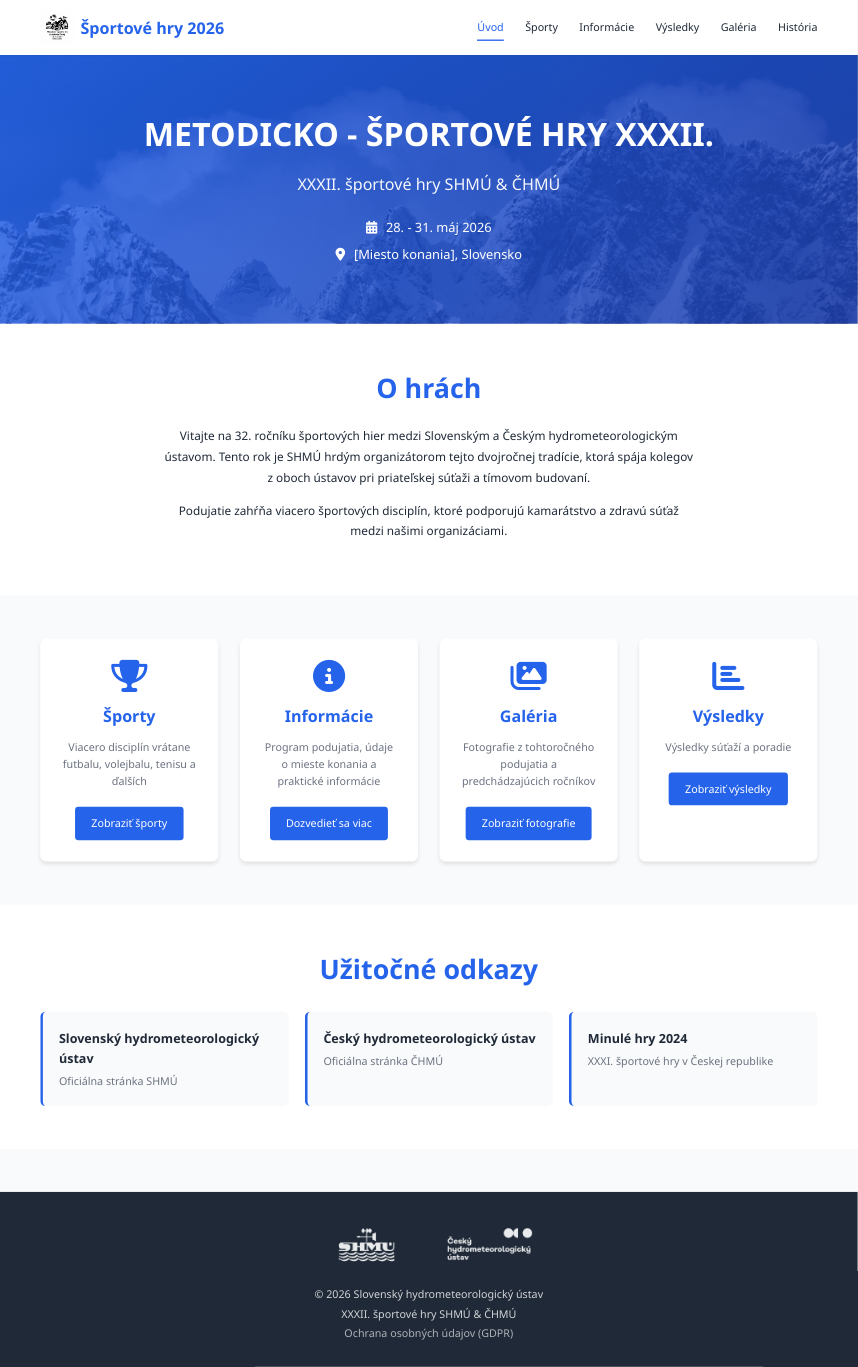
Repository: samiljimari/SHMU-web
Page: index.html
An editor plug-in stored every save of this project. The page is shown before and after the next save, followed by the edit.
The browser window is 1280 px wide. The pictures show the whole page, at 67% of full size.

Above is the page before, as saved 2026-01-14 13:47:29.

### index.html
<!DOCTYPE html>
<html lang="sk">
<head>
    <meta charset="UTF-8">
    <meta name="viewport" content="width=device-width, initial-scale=1.0">
    <title>Športové hry SHMÚ 2026</title>
    <link rel="stylesheet" href="https://cdnjs.cloudflare.com/ajax/libs/font-awesome/6.5.1/css/all.min.css">
    <link rel="stylesheet" href="css/style.css">
</head>
<body>
    <header>
        <nav class="navbar">
            <div class="container">
                <div class="logo">
                    <img src="site_logo.png" alt="Logo" class="site-logo">
                    <h1>Športové hry 2026</h1>
                </div>
                <ul class="nav-menu">
                    <li><a href="index.html" class="active">Úvod</a></li>
                    <li><a href="sports.html">Športy</a></li>
                    <li><a href="info.html">Informácie</a></li>
                    <li><a href="results.html">Výsledky</a></li>
                    <li><a href="gallery.html">Galéria</a></li>
                    <li><a href="history.html">História</a></li>
                </ul>
                <div class="hamburger">
                    <span></span>
                    <span></span>
                    <span></span>
                </div>
            </div>
        </nav>
    </header>

    <main>
        <section class="hero">
            <div class="hero-content">
                <h2>METODICKO - ŠPORTOVÉ HRY XXXII.</h2>
                <p class="hero-subtitle">XXXII. športové hry SHMÚ & ČHMÚ</p>
                <p class="hero-date"><i class="fas fa-calendar-alt"></i> 28. - 31. máj 2026</p>
                <p class="hero-location"><i class="fas fa-map-marker-alt"></i> [Miesto konania], Slovensko</p>
            </div>
        </section>

        <section class="about">
            <div class="container">
                <h2>O hrách</h2>
                <p>
                    Vitajte na 32. ročníku športových hier medzi Slovenským a Českým
                    hydrometeorologickým ústavom. Tento rok je SHMÚ hrdým organizátorom
                    tejto dvojročnej tradície, ktorá spája kolegov z oboch ústavov
                    pri priateľskej súťaži a tímovom budovaní.
                </p>
                <p>
                    Podujatie zahŕňa viacero športových disciplín, ktoré podporujú kamarátstvo a
                    zdravú súťaž medzi našimi organizáciami.
                </p>
            </div>
        </section>

        <section class="info-grid">
            <div class="container">
                <div class="grid">
                    <div class="card">
                        <div class="card-icon"><i class="fas fa-trophy"></i></div>
                        <h3>Športy</h3>
                        <p>Viacero disciplín vrátane futbalu, volejbalu, tenisu a ďalších</p>
                        <a href="sports.html" class="btn">Zobraziť športy</a>
                    </div>
                    <div class="card">
                        <div class="card-icon"><i class="fas fa-info-circle"></i></div>
                        <h3>Informácie</h3>
                        <p>Program podujatia, údaje o mieste konania a praktické informácie</p>
                        <a href="info.html" class="btn">Dozvedieť sa viac</a>
                    </div>
                    <div class="card">
                        <div class="card-icon"><i class="fas fa-images"></i></div>
                        <h3>Galéria</h3>
                        <p>Fotografie z tohtoročného podujatia a predchádzajúcich ročníkov</p>
                        <a href="gallery.html" class="btn">Zobraziť fotografie</a>
                    </div>
                    <div class="card">
                        <div class="card-icon"><i class="fas fa-chart-bar"></i></div>
                        <h3>Výsledky</h3>
                        <p>Výsledky súťaží a poradie</p>
                        <a href="results.html" class="btn">Zobraziť výsledky</a>
                    </div>
                </div>
            </div>
        </section>

        <section class="useful-links">
            <div class="container">
                <h2>Užitočné odkazy</h2>
                <div class="links-grid">
                    <a href="https://www.shmu.sk/" target="_blank" class="link-card">
                        <h3>Slovenský hydrometeorologický ústav</h3>
                        <p>Oficiálna stránka SHMÚ</p>
                    </a>
                    <a href="http://www.chmi.cz/" target="_blank" class="link-card">
                        <h3>Český hydrometeorologický ústav</h3>
                        <p>Oficiálna stránka ČHMÚ</p>
                    </a>
                    <a href="https://info.chmi.cz/akce/sportovniHry/index.php" target="_blank" class="link-card">
                        <h3>Minulé hry 2024</h3>
                        <p>XXXI. športové hry v Českej republike</p>
                    </a>
                </div>
            </div>
        </section>
    </main>

    <footer>
        <div class="container">
            <div class="footer-logos">
                <img src="logoSHMI_white.png" alt="SHMÚ Logo">
                <img src="logoCHMI_white.png" alt="ČHMÚ Logo">
            </div>
            <p>&copy; 2026 Slovenský hydrometeorologický ústav</p>
            <p>XXXII. športové hry SHMÚ & ČHMÚ</p>
            <p><a href="gdpr.html" style="color: rgba(255,255,255,0.8); text-decoration: none;">Ochrana osobných údajov (GDPR)</a></p>
        </div>
    </footer>

    <script src="js/script.js"></script>
</body>
</html>

### css/style.css
/* Reset and Base Styles */
* {
    margin: 0;
    padding: 0;
    box-sizing: border-box;
}

:root {
    --primary-color: #2563eb;
    --secondary-color: #1e40af;
    --accent-color: #3b82f6;
    --text-dark: #1f2937;
    --text-light: #6b7280;
    --bg-light: #f9fafb;
    --bg-white: #ffffff;
    --border-color: #e5e7eb;
    --success-color: #10b981;
    --warning-color: #f59e0b;
    --danger-color: #ef4444;
}

body {
    font-family: 'Segoe UI', Tahoma, Geneva, Verdana, sans-serif;
    line-height: 1.6;
    color: var(--text-dark);
    background-color: var(--bg-light);
}

.container {
    max-width: 1200px;
    margin: 0 auto;
    padding: 0 20px;
}

/* Navigation */
.navbar {
    background-color: var(--bg-white);
    box-shadow: 0 2px 4px rgba(0, 0, 0, 0.1);
    position: sticky;
    top: 0;
    z-index: 1000;
}

.navbar .container {
    display: flex;
    justify-content: space-between;
    align-items: center;
    padding: 1rem 20px;
}

.logo {
    display: flex;
    align-items: center;
    gap: 10px;
}

.site-logo {
    height: 50px;
    width: auto;
    object-fit: contain;
}

.logo h1 {
    font-size: 1.5rem;
    color: var(--primary-color);
    font-weight: 700;
}

.nav-menu {
    display: flex;
    list-style: none;
    gap: 2rem;
}

.nav-menu a {
    text-decoration: none;
    color: var(--text-dark);
    font-weight: 500;
    transition: color 0.3s;
    padding: 0.5rem 0;
}

.nav-menu a:hover,
.nav-menu a.active {
    color: var(--primary-color);
    border-bottom: 2px solid var(--primary-color);
}

.hamburger {
    display: none;
    flex-direction: column;
    cursor: pointer;
    gap: 4px;
}

.hamburger span {
    width: 25px;
    height: 3px;
    background-color: var(--text-dark);
    transition: 0.3s;
}

/* Hero Section */
.hero {
    background-image: linear-gradient(135deg, rgba(37, 99, 235, 0.85) 0%, rgba(30, 64, 175, 0.85) 100%), url('../tatry.jpg');
    background-size: cover;
    background-position: center top;
    background-repeat: no-repeat;
    color: white;
    padding: 5rem 2rem;
    text-align: center;
    position: relative;
    min-height: 400px;
}

.hero-content h2 {
    font-size: 3rem;
    margin-bottom: 1rem;
    font-weight: 700;
}

.hero-subtitle {
    font-size: 1.5rem;
    margin-bottom: 2rem;
    opacity: 0.95;
}

.hero-date,
.hero-location {
    font-size: 1.2rem;
    margin: 0.5rem 0;
}

.hero-date i,
.hero-location i {
    margin-right: 0.5rem;
}

/* About Section */
.about {
    padding: 4rem 2rem;
    background-color: var(--bg-white);
}

.about h2 {
    font-size: 2.5rem;
    margin-bottom: 1.5rem;
    color: var(--primary-color);
    text-align: center;
}

.about p {
    font-size: 1.1rem;
    line-height: 1.8;
    margin-bottom: 1rem;
    text-align: center;
    max-width: 800px;
    margin-left: auto;
    margin-right: auto;
}

/* Info Grid Section */
.info-grid {
    padding: 4rem 2rem;
    background-color: var(--bg-light);
}

.grid {
    display: grid;
    grid-template-columns: repeat(auto-fit, minmax(250px, 1fr));
    gap: 2rem;
}

.card {
    background-color: var(--bg-white);
    padding: 2rem;
    border-radius: 10px;
    box-shadow: 0 4px 6px rgba(0, 0, 0, 0.1);
    text-align: center;
    transition: transform 0.3s, box-shadow 0.3s;
}

.card:hover {
    transform: translateY(-5px);
    box-shadow: 0 8px 12px rgba(0, 0, 0, 0.15);
}

.card-icon {
    font-size: 3rem;
    margin-bottom: 1rem;
    color: var(--primary-color);
}

.card-icon i {
    display: block;
}

.card h3 {
    font-size: 1.5rem;
    margin-bottom: 1rem;
    color: var(--primary-color);
}

.card p {
    margin-bottom: 1.5rem;
    color: var(--text-light);
}

.btn {
    display: inline-block;
    padding: 0.75rem 1.5rem;
    background-color: var(--primary-color);
    color: white;
    text-decoration: none;
    border-radius: 5px;
    transition: background-color 0.3s;
    font-weight: 500;
}

.btn:hover {
    background-color: var(--secondary-color);
}

/* Useful Links Section */
.useful-links {
    padding: 4rem 2rem;
    background-color: var(--bg-white);
}

.useful-links h2 {
    font-size: 2.5rem;
    margin-bottom: 2rem;
    color: var(--primary-color);
    text-align: center;
}

.links-grid {
    display: grid;
    grid-template-columns: repeat(auto-fit, minmax(300px, 1fr));
    gap: 1.5rem;
}

.link-card {
    background-color: var(--bg-light);
    padding: 1.5rem;
    border-radius: 8px;
    text-decoration: none;
    color: var(--text-dark);
    border-left: 4px solid var(--primary-color);
    transition: all 0.3s;
}

.link-card:hover {
    background-color: var(--primary-color);
    color: white;
    transform: translateX(5px);
}

.link-card h3 {
    margin-bottom: 0.5rem;
}

.link-card p {
    color: var(--text-light);
}

.link-card:hover p {
    color: rgba(255, 255, 255, 0.9);
}

/* Page Header */
.page-header {
    background: linear-gradient(135deg, var(--primary-color) 0%, var(--secondary-color) 100%);
    color: white;
    padding: 3rem 2rem;
    text-align: center;
}

.page-header h1 {
    font-size: 2.5rem;
    margin-bottom: 0.5rem;
}

.page-header p {
    font-size: 1.2rem;
    opacity: 0.95;
}

/* Sports Section */
.sports-list {
    padding: 4rem 2rem;
}

.sports-grid {
    display: grid;
    grid-template-columns: repeat(auto-fit, minmax(280px, 1fr));
    gap: 2rem;
    margin-bottom: 3rem;
}

.sport-card {
    background-color: var(--bg-white);
    padding: 2rem;
    border-radius: 10px;
    box-shadow: 0 4px 6px rgba(0, 0, 0, 0.1);
    transition: transform 0.3s;
}

.sport-card:hover {
    transform: translateY(-5px);
}

.sport-icon {
    font-size: 3rem;
    margin-bottom: 1rem;
    text-align: center;
    color: var(--primary-color);
}

.sport-icon i {
    display: block;
}

.sport-card h3 {
    font-size: 1.5rem;
    margin-bottom: 0.5rem;
    color: var(--primary-color);
}

.sport-card p {
    color: var(--text-light);
    margin-bottom: 1rem;
}

.sport-card ul {
    list-style: none;
    padding-left: 0;
}

.sport-card ul li {
    padding: 0.25rem 0;
    color: var(--text-dark);
}

.sport-card ul li:before {
    content: "✓ ";
    color: var(--success-color);
    font-weight: bold;
}

.info-box {
    background-color: var(--bg-white);
    padding: 2rem;
    border-radius: 10px;
    border-left: 4px solid var(--warning-color);
    box-shadow: 0 4px 6px rgba(0, 0, 0, 0.1);
}

.info-box h3 {
    color: var(--primary-color);
    margin-bottom: 1rem;
}

.info-box ul {
    list-style: none;
    padding-left: 0;
}

.info-box ul li {
    padding: 0.5rem 0;
}

/* Information Page */
.info-content {
    padding: 4rem 2rem;
}

.info-section {
    background-color: var(--bg-white);
    padding: 2rem;
    margin-bottom: 2rem;
    border-radius: 10px;
    box-shadow: 0 4px 6px rgba(0, 0, 0, 0.1);
}

.info-section h2 {
    color: var(--primary-color);
    margin-bottom: 1.5rem;
    font-size: 2rem;
}

.info-section h2 i {
    margin-right: 0.5rem;
}

.info-section h3 {
    color: var(--secondary-color);
    margin-top: 1.5rem;
    margin-bottom: 1rem;
}

.info-section h4 {
    color: var(--text-dark);
    margin-top: 1rem;
    margin-bottom: 0.5rem;
}

.info-section ul {
    margin-left: 1.5rem;
    margin-top: 0.5rem;
}

.info-section li {
    margin-bottom: 0.5rem;
}

.schedule-table {
    margin-top: 1rem;
}

.schedule-table h3 {
    background-color: var(--bg-light);
    padding: 0.75rem 1rem;
    margin-top: 1.5rem;
    border-left: 4px solid var(--primary-color);
}

.schedule-table table {
    width: 100%;
    border-collapse: collapse;
    margin-top: 1rem;
}

.schedule-table table tr {
    border-bottom: 1px solid var(--border-color);
}

.schedule-table table td {
    padding: 1rem;
}

.schedule-table table td:first-child {
    font-weight: 600;
    color: var(--primary-color);
    width: 150px;
}

.venue-info,
.accommodation-info,
.transport-info,
.registration-info,
.meals-info {
    margin-top: 1rem;
}

.hotel-list {
    display: grid;
    grid-template-columns: repeat(auto-fit, minmax(250px, 1fr));
    gap: 1rem;
    margin-top: 1rem;
}

.hotel-card {
    background-color: var(--bg-light);
    padding: 1rem;
    border-radius: 5px;
}

.hotel-card h4 {
    color: var(--primary-color);
    margin-bottom: 0.5rem;
}

.contact-box {
    background: linear-gradient(135deg, var(--primary-color) 0%, var(--secondary-color) 100%);
    color: white;
}

.contact-box h2 {
    color: white;
}

.contact-box a {
    color: white;
    text-decoration: underline;
}

/* Results Page */
.results-content {
    padding: 4rem 2rem;
}

.overall-standings,
.sport-results {
    background-color: var(--bg-white);
    padding: 2rem;
    margin-bottom: 2rem;
    border-radius: 10px;
    box-shadow: 0 4px 6px rgba(0, 0, 0, 0.1);
}

.results-table {
    width: 100%;
    border-collapse: collapse;
    margin-top: 1rem;
}

.results-table thead {
    background-color: var(--primary-color);
    color: white;
}

.results-table th,
.results-table td {
    padding: 1rem;
    text-align: left;
    border-bottom: 1px solid var(--border-color);
}

.results-table tbody tr:hover {
    background-color: var(--bg-light);
}

.medal-gold {
    color: #FFD700;
    font-weight: bold;
}

.medal-silver {
    color: #C0C0C0;
    font-weight: bold;
}

.medal-bronze {
    color: #CD7F32;
    font-weight: bold;
}

.results-note {
    margin-top: 1rem;
    color: var(--text-light);
    font-style: italic;
}

.result-box {
    margin-top: 1rem;
    padding: 1.5rem;
    background-color: var(--bg-light);
    border-radius: 8px;
}

.result-box h3 {
    color: var(--secondary-color);
    margin-bottom: 1rem;
}

.score-display {
    display: flex;
    justify-content: center;
    align-items: center;
    gap: 2rem;
    font-size: 1.5rem;
    margin: 1rem 0;
}

.score-display .team {
    font-weight: 600;
    min-width: 100px;
    text-align: center;
}

.score-display .score {
    font-size: 2rem;
    font-weight: bold;
    color: var(--primary-color);
}

.status {
    text-align: center;
    color: var(--text-light);
    font-style: italic;
    margin-top: 0.5rem;
}

/* Gallery Page */
.gallery-content {
    padding: 4rem 2rem;
}

.gallery-section {
    background-color: var(--bg-white);
    padding: 2rem;
    margin-bottom: 2rem;
    border-radius: 10px;
    box-shadow: 0 4px 6px rgba(0, 0, 0, 0.1);
}

.gallery-section h2 {
    color: var(--primary-color);
    margin-bottom: 1rem;
}

.gallery-note {
    color: var(--text-light);
    font-style: italic;
    margin-bottom: 2rem;
}

.photo-grid {
    display: grid;
    grid-template-columns: repeat(auto-fill, minmax(250px, 1fr));
    gap: 1rem;
    margin-top: 2rem;
}

.photo-placeholder {
    background-color: var(--bg-light);
    border: 2px dashed var(--border-color);
    border-radius: 8px;
    padding: 3rem;
    text-align: center;
    color: var(--text-light);
    min-height: 200px;
    display: flex;
    align-items: center;
    justify-content: center;
}

.previous-years {
    display: grid;
    grid-template-columns: repeat(auto-fit, minmax(300px, 1fr));
    gap: 1.5rem;
    margin-top: 1.5rem;
}

.year-gallery-link {
    text-decoration: none;
    color: inherit;
}

.year-card {
    background-color: var(--bg-light);
    padding: 2rem;
    border-radius: 8px;
    border-left: 4px solid var(--primary-color);
    transition: all 0.3s;
}

.year-card:hover {
    background-color: var(--primary-color);
    color: white;
    transform: translateX(5px);
}

.year-card h3 {
    color: var(--primary-color);
    margin-bottom: 0.5rem;
}

.year-card:hover h3 {
    color: white;
}

.view-link {
    display: inline-block;
    margin-top: 1rem;
    color: var(--primary-color);
    font-weight: 600;
}

.year-card:hover .view-link {
    color: white;
}

.upload-info {
    background-color: var(--bg-light);
    padding: 2rem;
    border-radius: 8px;
    margin-top: 2rem;
}

.upload-info h3 {
    color: var(--primary-color);
    margin-bottom: 1rem;
}

.upload-info a {
    color: var(--primary-color);
    text-decoration: none;
}

.upload-info a:hover {
    text-decoration: underline;
}

/* History Page */
.history-content {
    padding: 4rem 2rem;
}

.history-intro {
    background-color: var(--bg-white);
    padding: 2rem;
    margin-bottom: 3rem;
    border-radius: 10px;
    box-shadow: 0 4px 6px rgba(0, 0, 0, 0.1);
}

.history-intro h2 {
    color: var(--primary-color);
    margin-bottom: 1rem;
}

.history-intro p {
    margin-bottom: 1rem;
    line-height: 1.8;
}

.timeline {
    background-color: var(--bg-white);
    padding: 2rem;
    margin-bottom: 3rem;
    border-radius: 10px;
    box-shadow: 0 4px 6px rgba(0, 0, 0, 0.1);
}

.timeline h2 {
    color: var(--primary-color);
    margin-bottom: 2rem;
}

.timeline-item {
    display: grid;
    grid-template-columns: 120px 1fr;
    gap: 2rem;
    margin-bottom: 2rem;
    padding-bottom: 2rem;
    border-bottom: 1px solid var(--border-color);
}

.timeline-item:last-child {
    border-bottom: none;
}

.timeline-year {
    font-size: 1.5rem;
    font-weight: 700;
    color: var(--primary-color);
}

.timeline-content h3 {
    color: var(--secondary-color);
    margin-bottom: 0.5rem;
}

.timeline-content a {
    color: var(--primary-color);
    text-decoration: none;
    display: inline-block;
    margin-top: 0.5rem;
}

.timeline-content a:hover {
    text-decoration: underline;
}

.timeline-item.placeholder {
    opacity: 0.6;
}

.statistics {
    background-color: var(--bg-white);
    padding: 2rem;
    margin-bottom: 3rem;
    border-radius: 10px;
    box-shadow: 0 4px 6px rgba(0, 0, 0, 0.1);
}

.statistics h2 {
    color: var(--primary-color);
    margin-bottom: 2rem;
}

.stats-grid {
    display: grid;
    grid-template-columns: repeat(auto-fit, minmax(200px, 1fr));
    gap: 2rem;
    margin-bottom: 1rem;
}

.stat-card {
    text-align: center;
    padding: 2rem;
    background-color: var(--bg-light);
    border-radius: 8px;
}

.stat-number {
    font-size: 3rem;
    font-weight: 700;
    color: var(--primary-color);
    margin-bottom: 0.5rem;
}

.stat-label {
    color: var(--text-light);
    font-size: 1.1rem;
}

.stats-note {
    text-align: center;
    color: var(--text-light);
    font-style: italic;
    margin-top: 1rem;
}

.hosting-pattern {
    background-color: var(--bg-white);
    padding: 2rem;
    border-radius: 10px;
    box-shadow: 0 4px 6px rgba(0, 0, 0, 0.1);
}

.hosting-pattern h2 {
    color: var(--primary-color);
    margin-bottom: 1rem;
}

.hosting-pattern ul {
    margin: 1rem 0 1rem 1.5rem;
}

.hosting-pattern li {
    margin-bottom: 0.5rem;
}

/* Footer */
footer {
    background-color: var(--text-dark);
    color: white;
    padding: 3rem 0 2rem;
    text-align: center;
    margin-top: 4rem;
}

.footer-logos {
    display: flex;
    justify-content: center;
    align-items: center;
    gap: 3rem;
    margin-bottom: 2rem;
    flex-wrap: wrap;
}

.footer-logos img {
    height: 60px;
    width: auto;
    opacity: 0.9;
    transition: opacity 0.3s;
}

.footer-logos img:hover {
    opacity: 1;
}

footer p {
    margin: 0.25rem 0;
    opacity: 0.8;
}

/* Responsive Design */
@media (max-width: 768px) {
    .nav-menu {
        position: fixed;
        left: -100%;
        top: 70px;
        flex-direction: column;
        background-color: var(--bg-white);
        width: 100%;
        text-align: center;
        transition: 0.3s;
        box-shadow: 0 10px 27px rgba(0, 0, 0, 0.05);
        padding: 2rem 0;
        gap: 0;
    }

    .nav-menu.active {
        left: 0;
    }

    .nav-menu li {
        margin: 1rem 0;
    }

    .hamburger {
        display: flex;
    }

    .site-logo {
        height: 35px;
    }

    .logo h1 {
        font-size: 1.2rem;
    }

    .hero-content h2 {
        font-size: 2rem;
    }

    .hero-subtitle {
        font-size: 1.2rem;
    }

    .hero-date,
    .hero-location {
        font-size: 1rem;
    }

    .grid,
    .links-grid,
    .sports-grid {
        grid-template-columns: 1fr;
    }

    .timeline-item {
        grid-template-columns: 80px 1fr;
        gap: 1rem;
    }

    .timeline-year {
        font-size: 1.2rem;
    }

    .stats-grid {
        grid-template-columns: repeat(2, 1fr);
    }

    .schedule-table table td:first-child {
        width: 100px;
        font-size: 0.9rem;
    }
}

@media (max-width: 480px) {
    .stats-grid {
        grid-template-columns: 1fr;
    }

    .score-display {
        flex-direction: column;
        gap: 0.5rem;
    }

    .score-display .score {
        font-size: 1.5rem;
    }
}

Loaded but not shown: js/script.js (157 lines, source omitted)

After the next save:
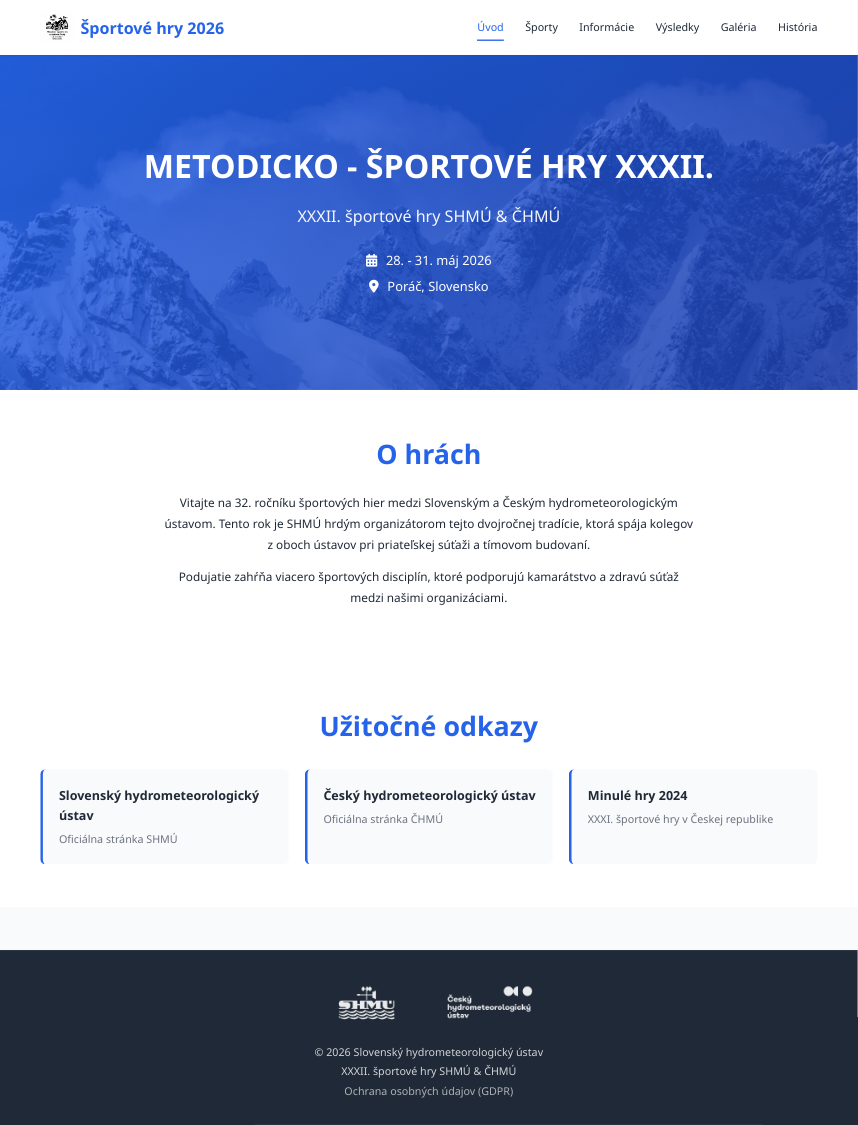
Saved 3 min 54 s later.
--- a/index.html
+++ b/index.html
@@ -38,7 +38,7 @@
                 <h2>METODICKO - ŠPORTOVÉ HRY XXXII.</h2>
                 <p class="hero-subtitle">XXXII. športové hry SHMÚ & ČHMÚ</p>
                 <p class="hero-date"><i class="fas fa-calendar-alt"></i> 28. - 31. máj 2026</p>
-                <p class="hero-location"><i class="fas fa-map-marker-alt"></i> [Miesto konania], Slovensko</p>
+                <p class="hero-location"><i class="fas fa-map-marker-alt"></i> Poráč, Slovensko</p>
             </div>
         </section>
 
@@ -55,37 +55,6 @@
                     Podujatie zahŕňa viacero športových disciplín, ktoré podporujú kamarátstvo a
                     zdravú súťaž medzi našimi organizáciami.
                 </p>
-            </div>
-        </section>
-
-        <section class="info-grid">
-            <div class="container">
-                <div class="grid">
-                    <div class="card">
-                        <div class="card-icon"><i class="fas fa-trophy"></i></div>
-                        <h3>Športy</h3>
-                        <p>Viacero disciplín vrátane futbalu, volejbalu, tenisu a ďalších</p>
-                        <a href="sports.html" class="btn">Zobraziť športy</a>
-                    </div>
-                    <div class="card">
-                        <div class="card-icon"><i class="fas fa-info-circle"></i></div>
-                        <h3>Informácie</h3>
-                        <p>Program podujatia, údaje o mieste konania a praktické informácie</p>
-                        <a href="info.html" class="btn">Dozvedieť sa viac</a>
-                    </div>
-                    <div class="card">
-                        <div class="card-icon"><i class="fas fa-images"></i></div>
-                        <h3>Galéria</h3>
-                        <p>Fotografie z tohtoročného podujatia a predchádzajúcich ročníkov</p>
-                        <a href="gallery.html" class="btn">Zobraziť fotografie</a>
-                    </div>
-                    <div class="card">
-                        <div class="card-icon"><i class="fas fa-chart-bar"></i></div>
-                        <h3>Výsledky</h3>
-                        <p>Výsledky súťaží a poradie</p>
-                        <a href="results.html" class="btn">Zobraziť výsledky</a>
-                    </div>
-                </div>
             </div>
         </section>
 
--- a/css/style.css
+++ b/css/style.css
@@ -107,10 +107,10 @@
     background-position: center top;
     background-repeat: no-repeat;
     color: white;
-    padding: 5rem 2rem;
+    padding: 8rem 2rem;
     text-align: center;
     position: relative;
-    min-height: 400px;
+    min-height: 500px;
 }
 
 .hero-content h2 {
